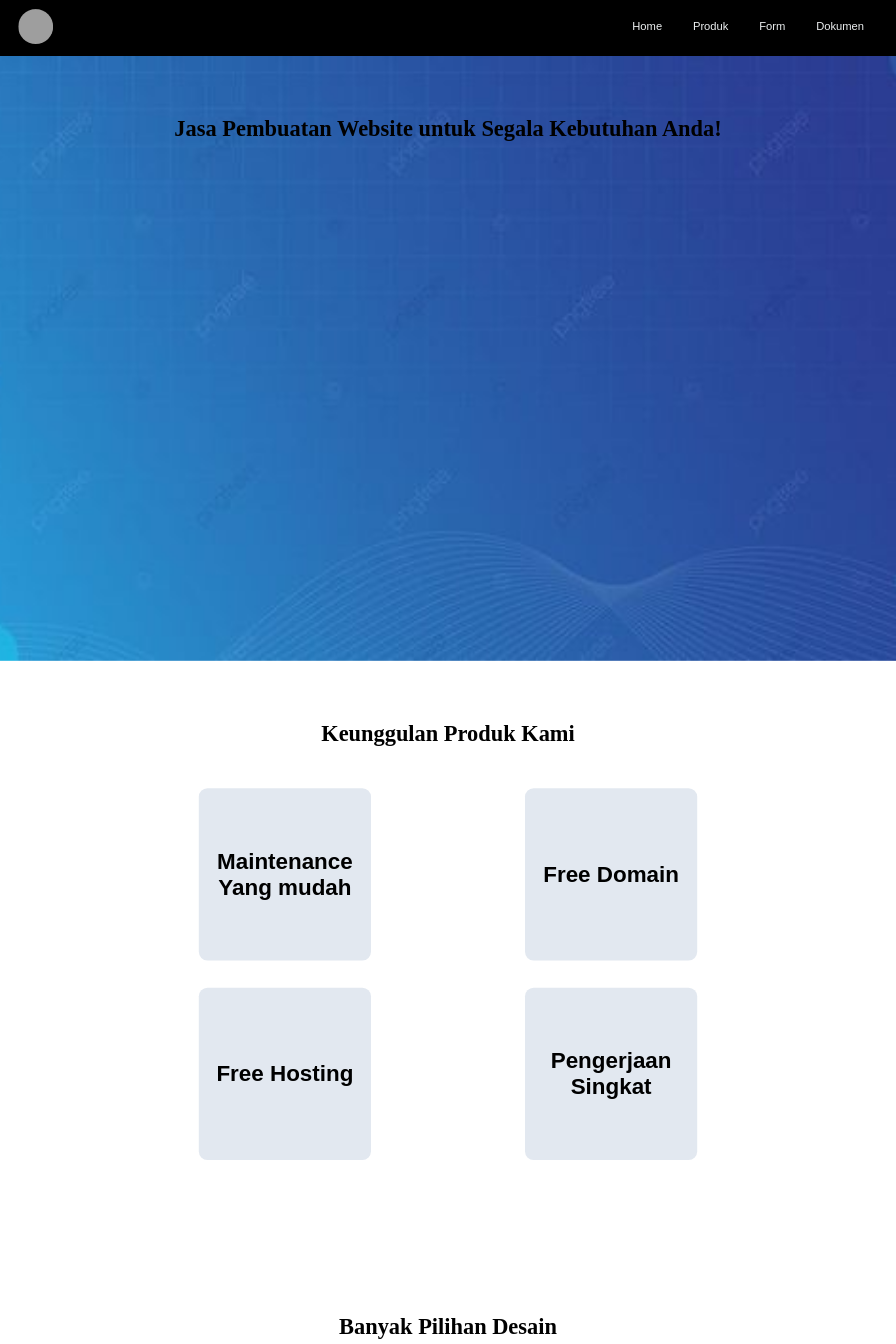
Repository: zecht12/TimModul
Page: TimModul.html
These files come from the project's save history. The page is drawn as it stood at one moment and after the next save; the edit follows.
The browser window is 1280 px wide. The pictures show the part of the page from y = 0 to 1920 px (the page is 3920 px tall), at 70% of full size.
Pictures or frames that could not be fetched are drawn as grey boxes.

Above is the page before, as saved 2023-04-25 19:02:27.

### TimModul.html
<!DOCTYPE html>
<html lang="en">
<head>
    <meta charset="UTF-8">
    <meta http-equiv="X-UA-Compatible" content="IE=edge">
    <meta name="viewport" content="width=device-width, initial-scale=1.0">
    <link rel="stylesheet" href="style.css">
    <script src="script.js"></script>
    <title>Jasa Coding</title>
</head>
<body>
    <div style="height: 80px; width: 100%; background-color: black;">
        <header>
            <img src="./assets/wallpaper.jpg" alt="Image" style="height: 50px; width: 50px; border-radius: 100%;" >
            <ul class="nav_links">
                <li><a href="#">Home</a></li>
                <li><a href="#">Produk</a></li>
                <li><a href="#">Form</a></li>
                <li><a href="#">Dokumen</a></li>
            </ul>
        </headers>
    </div>
    <div style="background-image: url(./assets/bg.jpg); background-size: cover; background-position: top; width: 100%; height: 120vh; background-repeat: no-repeat; background-position: center;">
        <div style="display: flex; justify-content: space-around; align-items: center; padding: 5%; width: auto; height: auto;">
            <div style="height: auto; width: 15%; display: flex; justify-content: center; align-items: center;">

            </div>
            <div style="height: auto; width: 70%; display: flex; justify-content: center; align-items: center;">
                <div>
                    <h1 style="text-align: center; color: ;">Jasa Pembuatan Website untuk Segala Kebutuhan Anda!</h1>
                </div>
            </div>
            <div style="height: auto; width: 15%; display: flex; justify-content: center; align-items: center;">

            </div>
        </div>
    </div>
    <div style="width: 100%; height: 120vh;">
        <h1 style="text-align: center; padding-top: 5%;">Keunggulan Produk Kami</h1>
        <div class="produk3" id="produk3" >
            <a href="" style="padding: 2%; background-color: #E2E8F0; border-radius: 5%; height: 200px; width: 200px; display: grid; justify-items: center; align-items: center;">
                <h1 style="text-align: center; color: black;">Maintenance Yang mudah</h1>
            </a>
            <a href="" style="padding: 2%; background-color: #E2E8F0; border-radius: 5%; height: 200px; width: 200px; display: grid; justify-items: center; align-items: center;">
                <h1 style="text-align: center; color: black;">Free Domain</h1>
            </a>
        </div>
        <div class="produk3" id="produk3" >
            <a href="" style="padding: 2%; background-color: #E2E8F0; border-radius: 5%; height: 200px; width: 200px; display: grid; justify-items: center; align-items: center;">
                <h1 style="text-align: center; color: black;">Free Hosting</h1>
            </a>
            <a href="" style="padding: 2%; background-color: #E2E8F0; border-radius: 5%; height: 200px; width: 200px; display: grid; justify-items: center; align-items: center;">
                <h1 style="text-align: center; color: black;">Pengerjaan Singkat</h1>
            </a>
        </div>
    </div>
    <div style="width: 100%; height: 120vh; padding-top: 2%;">
        <h1 style="text-align: center; font-size: xx-large; font: bolder;">Banyak Pilihan Desain</h1>
        <p style="text-align: center; font: caption;">Pilih satu dari puluhan desain yang tersedia</p>
        <div class="produk" id="produk" >
            <a href="" style="padding: 2%; background-color: #E2E8F0; border-radius: 5%; display: flex; justify-items: center; align-items: center;">
                <img src="./assets/web.jpeg" alt="Image" style="height: 150px; width: 250px;" >
            </a>
            <a href="" style="padding: 2%; background-color: #E2E8F0; border-radius: 5%; display: flex; justify-items: center; align-items: center;">
                <img src="./assets/web1.jpeg" alt="Image" style="height: 150px; width: 250px;" >
            </a>
            <a href="" style="padding: 2%; background-color: #E2E8F0; border-radius: 5%; display: flex; justify-items: center; align-items: center;">
                <img src="./assets/web2.jpg" alt="Image" style="height: 150px; width: 250px;" >
            </a>
        </div>
        <div class="produk1" id="produk1" >
            <a href="" style="padding: 2%; background-color: #E2E8F0; border-radius: 5%; display: flex; justify-items: center; align-items: center;">
                <img src="./assets/web3.jpg" alt="Image" style="height: 150px; width: 250px;" >
            </a>
            <a href="" style="padding: 2%; background-color: #E2E8F0; border-radius: 5%; display: flex; justify-items: center; align-items: center;">
                <img src="./assets/web4.jpg" alt="Image" style="height: 150px; width: 250px;" >
            </a>
            <a href="" style="padding: 2%; background-color: #E2E8F0; border-radius: 5%; display: flex; justify-items: center; align-items: center;">
                <img src="./assets/web5.jpg" alt="Image" style="height: 150px; width: 250px;" >
            </a>
        </div>
        <div class="produk2" id="produk2" >
            <a href="" style="padding: 2%; background-color: #E2E8F0; border-radius: 5%; display: flex; justify-items: center; align-items: center;">
                <img src="./assets/web6.jpg" alt="Image" style="height: 150px; width: 250px;" >
            </a>
            <a href="" style="padding: 2%; background-color: #E2E8F0; border-radius: 5%; display: flex; justify-items: center; align-items: center;">
                <img src="./assets/web7.jpg" alt="Image" style="height: 150px; width: 250px;" >
            </a>
        </div>
        <h1 style="text-align: center; font-size: xx-large; font: bolder;">Harga Mulai:</h1>
        <p style="text-align: center; font: caption;">Rp 800.000 - Rp 2.000.000</p>
        <p style="text-align: center; font: caption;">Checkout dengan mengisi form dibawah</p>
    </div>
    <h1 style="margin-top: 22%; text-align: center;">Pesan Website Kami</h1>
    <div class="forms" id="forms" >
        <form style=" padding-bottom: 8%; padding-left: 8%; padding-right: 8%; padding-top: 4%;">
            <div class="Formnama">
                <label for="Nama" class="Labelnama">Nama anda</label><br>
                <input type="text" id="Nama" name="Nama" class="Nama">
            </div>

            <div class="Formemail">
                <label for="Email" class="Labelemail">Email yang dapat dihubungi</label>
                <input type="text" id="Email" name="Email" class="Email">
            </div>

            <p for="Pilihan" class="Pilihan">Jasa yang dapat anda pilih</p>
            <div style="padding-bottom: 5%;">
                <input type="radio" id="FrontEnd" name="fav_language" value="FrontEnd">
                <label for="FrontEnd">FrontEnd Web</label>

                <input type="radio" id="BackEnd" name="fav_language" value="BackEnd">
                <label for="BackEnd">BackEnd Web</label>

                <input type="radio" id="FullStack" name="fav_language" value="FullStack">
                <label for="FullStack">FullStack Web</label><br>
            </div>

            <div>
                <p style="color: black; font-weight: bold; padding-bottom: 1%;">Keterangan Secara lengkap</p>
                <textarea></textarea>
            </div>

            <div style="display: flex; justify-content: center; align-items: center;">
                <input type="submit" value="Submit" class="Button">
            </div>
        </form>
    </div>
    <div style="display: flex; justify-content: center; align-items: center; width: 100%;">
        <table style="width: 80%; height: auto; border-collapse: collapse;">
            <tr>
                <th>Nama lengkap</th>
                <th>Email</th>
                <th>Jasa yang dipilih</th>
                <th>Keterangan Secara lengkap</th>
            </tr>
            <tr>
                <td></td>
                <td></td>
                <td></td>
                <td></td>
            </tr>
        </table>
    </div>
    <div style="height: 50px; width: 100%; background-color: black; justify-content: center; align-items: center;">
        <p style="color: white; text-align: center; padding-top: 20px;">&copy;2023 Tim Modul, Inc. All Rights Reserved</p>
    </div>
</body>
</html>

### style.css
body{
    height: auto;
    width: 100%;
    margin: auto;
    padding: auto;
}
header{
    display: flex;
    align-items: center;
    justify-content: space-between;
    padding-left: 2%;
    padding-right: 2%;
    padding-top: 1%;
}
li,a, button{
    font-family: "Montserrat", sans-serif;
    font-size: 16px;
    color: #edf0f1;
    text-decoration: none;
}
.produk{
    padding-left: 5%;
    padding-right: 5%;
    padding-top: 3%;
    display: flex;
    justify-content: space-around;
    align-items: center;
}
.produk1{
    padding-left: 5%;
    padding-right: 5%;
    padding-top: 3%;
    display: flex;
    justify-content: space-around;
    align-items: center;
}
.produk2{
    padding-left: 5%;
    padding-right: 5%;
    padding-top: 3%;
    display: flex;
    justify-content: space-evenly;
    align-items: center;
}
.produk3{
    padding-left: 5%;
    padding-right: 5%;
    padding-top: 3%;
    display: flex;
    justify-content: space-evenly;
    align-items: center;
}
.produk a:hover{
    transform: scale(110%);
}
.produk1 a:hover{
    transform: scale(110%);
}
.produk2 a:hover{
    transform: scale(110%);
}
.nav_links{
    list-style: none;
}
.nav_links li{
    display: inline-block;
    padding: 0px 20px;
}
.nav_links li a:hover{
    color: #0088a9;
}
.forms{
    height: auto;
    width: 100%;
    display: flex;
    justify-content: center;
    align-items: flex-start;
    padding-top: 1%;
    padding-bottom: 5%;
}
th{
    height: 30px;
    text-align: center;
    color: black;
    font: bold;
    border-style:solid;
    border-color: black;
    padding: 1%;
}
td{
    padding: 1%;
    height: 50px;
    text-align: center;
    color: black;
    border-style:solid;
    border-color: black;
}
label {
    color: black;
    font-weight: bold;
    width: 130px;
}
.Button {
    padding: 10px;
    border: 1px solid black;
    background-color:aliceblue;
    border-radius: 5px;
    font: inherit;
    cursor: pointer;
}
.Button:hover{
    border: 1px solid #0088a9;
    background-color:#0088a9;
    cursor: pointer;
}
.Pilihan{
    margin: auto;
    padding-top: 3%;
    padding-bottom: 20px;
    font-weight: bold;
    color: black;
}
.Nama{
    width: 100%;
    height: 20px;
    margin-top: 2%;
}
.Email{
    width: 100%;
    height: 20px;
    margin-top: 2%;
}
.Formemail{
    padding-top: 5%;
}
textarea{
    width: 100%;
    height: 100px;
    margin-bottom: 5%;
}

Loaded but not shown: script.js (no copy from this time; the picture is the same without it)

After the next save:
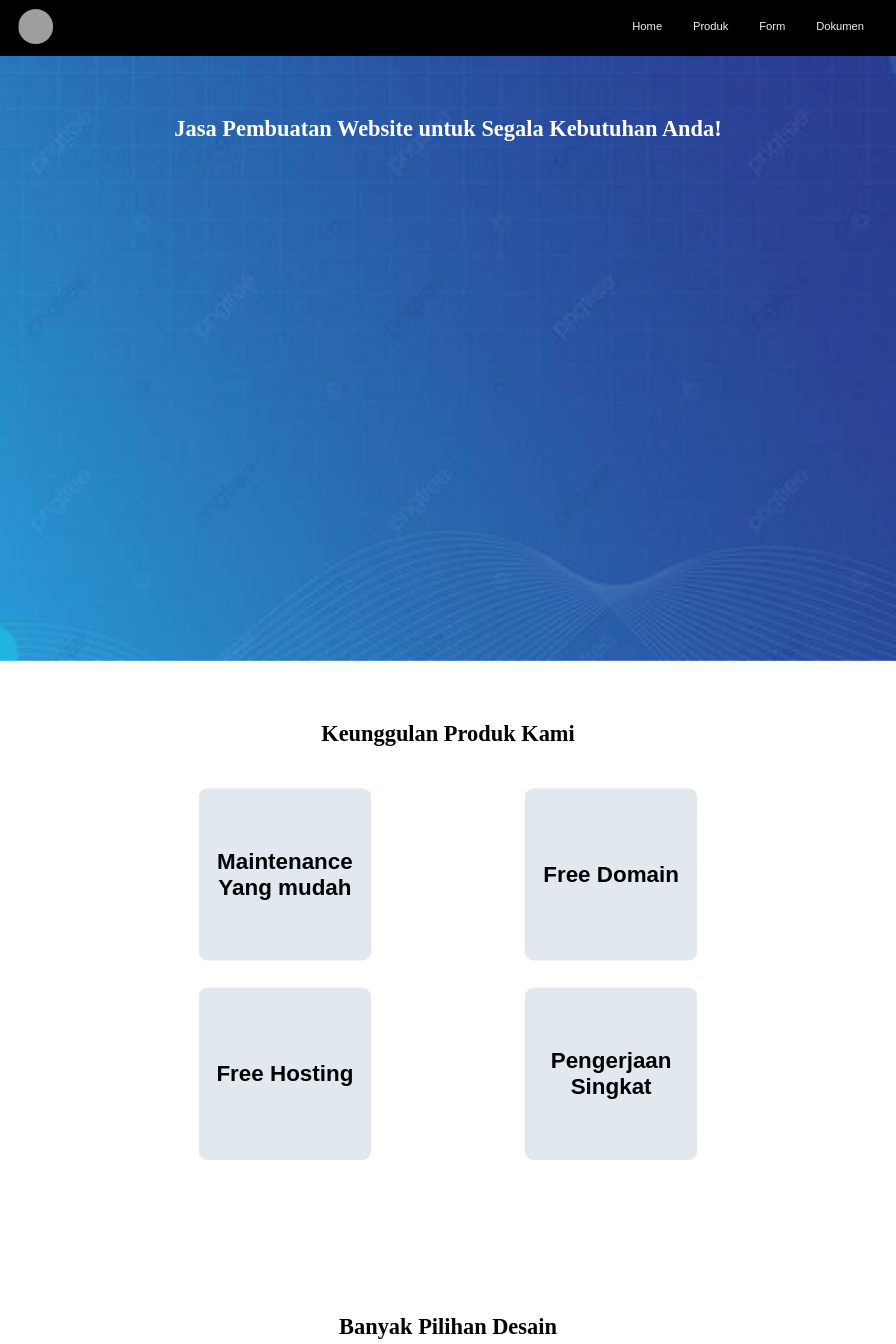
Saved 4 s later.
--- a/TimModul.html
+++ b/TimModul.html
@@ -27,7 +27,7 @@
             </div>
             <div style="height: auto; width: 70%; display: flex; justify-content: center; align-items: center;">
                 <div>
-                    <h1 style="text-align: center; color: ;">Jasa Pembuatan Website untuk Segala Kebutuhan Anda!</h1>
+                    <h1 style="text-align: center; color: white;">Jasa Pembuatan Website untuk Segala Kebutuhan Anda!</h1>
                 </div>
             </div>
             <div style="height: auto; width: 15%; display: flex; justify-content: center; align-items: center;">
